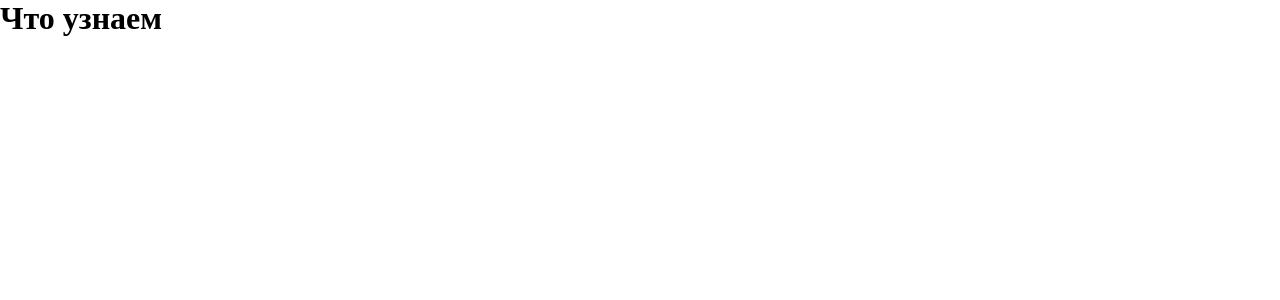
Repository: AytacSafarova/Figma--task
Page: index.html
These files come from the project's save history. The page is drawn as it stood at one moment and after a run of saves; the edit follows.
The browser window is 1280 px wide. The pictures show the whole page.

Above is the page before, as saved 2023-08-02 13:46:41.
Console error: ReferenceError: camelcase is not defined

After the next 3 saves:
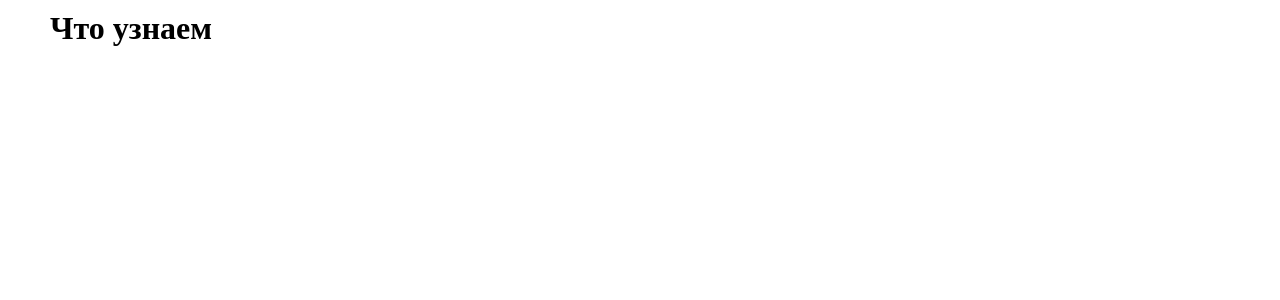
The 3 saves are shown as one change because they came seconds apart.
The last was saved 8 s later.
--- a/index.css
+++ b/index.css
@@ -4,5 +4,5 @@
     box-sizing: border-box;
 }
 .container{
-    padding: 10p;
+    padding: 10px 20px 30px 50px;
 }
